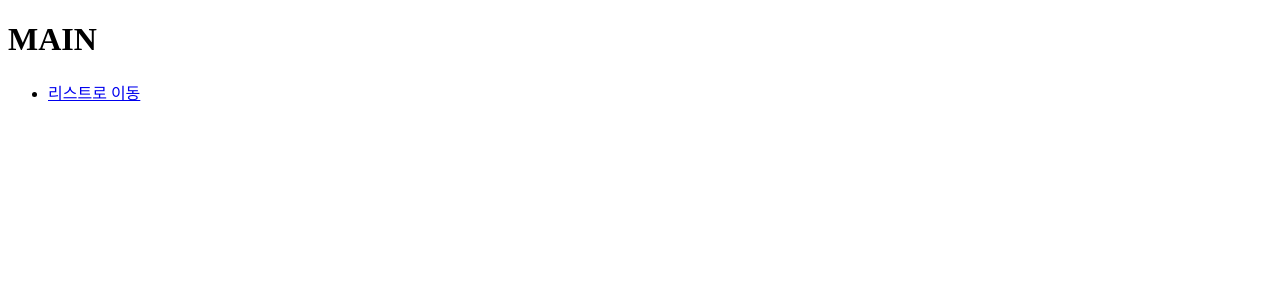
Repository: yeosang0508/JSP_AM_2024_08
Page: http://localhost/JSP_AM_2024_08/jsp/home/main.jsp
These files come from the project's save history. The page is drawn as it stood at one moment and after the next save; the edit follows.
The browser window is 1280 px wide. The pictures show the whole page.
The page is served by Tomcat 10. Nobody is signed in. The application's start-up code is not run. Other server files are loaded and not shown.

Above is the page before, as saved 2024-08-08 16:02:55.

### JSP_AM_2024_08/src/main/webapp/jsp/home/main.jsp
<%@ page language="java" contentType="text/html; charset=UTF-8"
	pageEncoding="UTF-8"%>


<!DOCTYPE html>
<html>
<head>
<meta charset="UTF-8">
<title>메인페이지</title>
</head>
<body>
	<h1>MAIN</h1>
	<ul>
		<li><a href="../article/list">리스트로 이동</a></li>
	</ul>
</body>
</html>

After the next save:
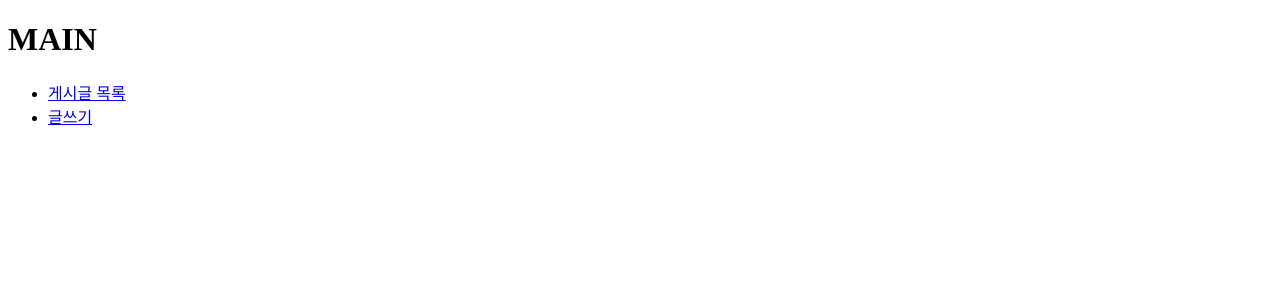
Saved 40 s later.
--- a/JSP_AM_2024_08/src/main/webapp/jsp/home/main.jsp
+++ b/JSP_AM_2024_08/src/main/webapp/jsp/home/main.jsp
@@ -11,7 +11,8 @@
 <body>
 	<h1>MAIN</h1>
 	<ul>
-		<li><a href="../article/list">리스트로 이동</a></li>
+		<li><a href="../article/list">게시글 목록</a></li>
+		<li><a href="../article/write">글쓰기</a></li>
 	</ul>
 </body>
 </html>
